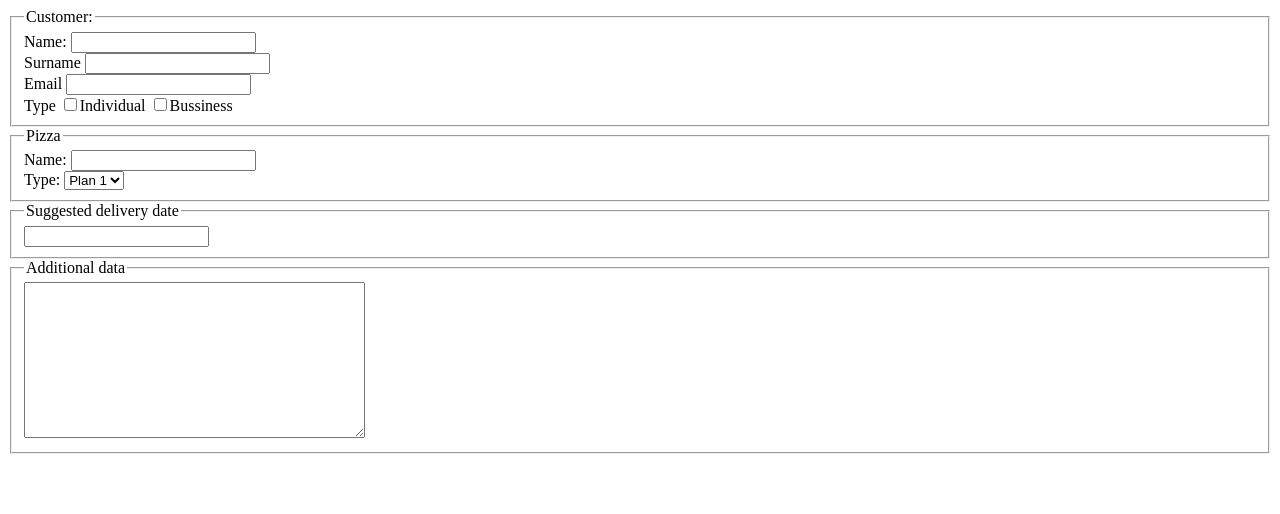
Repository: wisni4k/html-trainee
Page: testWeb/WebContent/Formularz.html
An editor plug-in stored every save of this project. The page is shown before and after the next save, followed by the edit.
The browser window is 1280 px wide. The pictures show the whole page.

Above is the page before, as saved 2015-07-10 11:39:55.

After the next save:
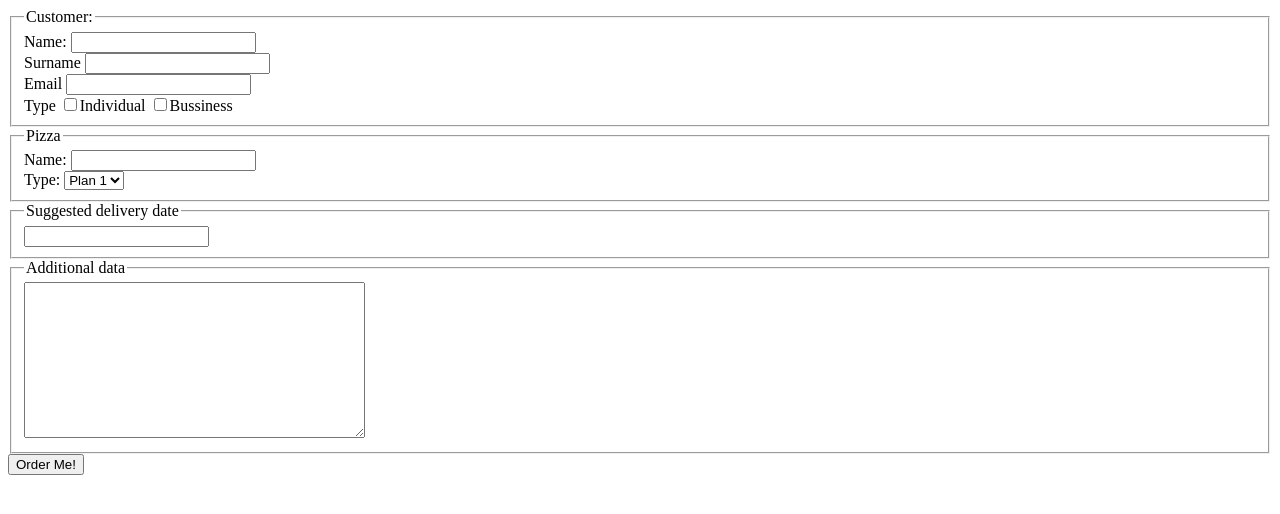
Saved 3 min 43 s later.
--- a/testWeb/WebContent/Formularz.html
+++ b/testWeb/WebContent/Formularz.html
@@ -39,6 +39,7 @@
 			</textarea>
 		</fieldset>
 	</form>
+	<button type="button">Order Me!</button>
 
 
 </body>
